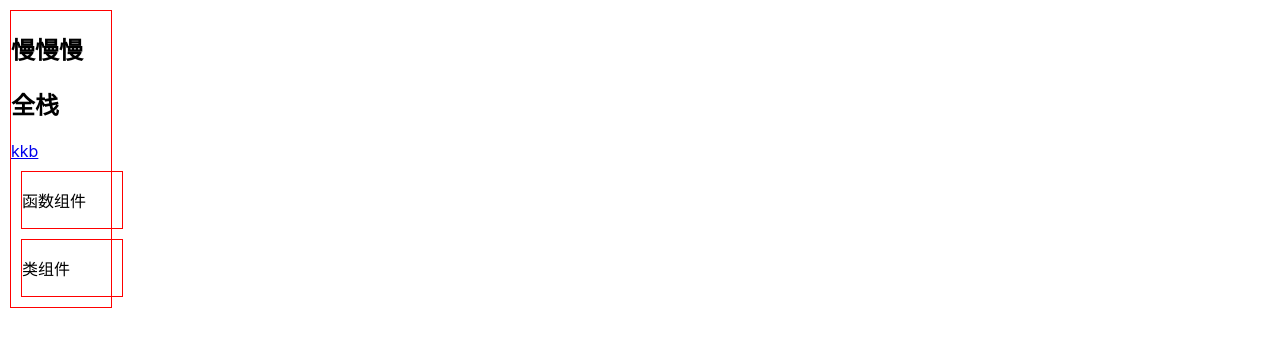
Repository: guoshukun1994/reactByHandWriting
Page: /
These files come from the project's save history. The page is drawn as it stood at one moment and after the next save; the edit follows.
The browser window is 1280 px wide. The pictures show the whole page.
The project was rebuilt for these pictures with package versions that can differ from the ones it lists, and the page was loaded fresh each time.

Above is the page before, as saved 2021-02-10 10:04:47.

### src/index.js
import ReactDOM from 'react-dom';
import React, { Component } from 'react';   // 类组件需要用到
// import ReactDOM from './kreact/react-dom';
import './index.css';

// 函数组件02
function FunctionComponent(props) {
  return (
    <div className="border">
      <p>{props.name}</p>
    </div>
  )
}

// 类组件03
class ClassComponent extends Component {
  render() {
    return (
      <div className="border">
        <p>{this.props.name}</p>
      </div>
    )
  }
}

const jsx = (
  <section className="border">
    <h1>慢慢慢</h1>
    <h1>全栈</h1>
    <a href="https://www.kaikeba.com">kkb</a>
    <FunctionComponent name="函数组件"/>
    <ClassComponent name="类组件"/>
  </section>
);

ReactDOM.render(jsx, document.getElementById("root"));

// 原生节点和文本节点01
// const jsx = (
//   <section className="border">
//     <h1>慢慢慢</h1>
//     <h1>全栈</h1>
//     <a href="https://www.kaikeba.com">kkb</a>
//   </section>
// );

// ReactDOM.render(jsx, document.getElementById("root"));


// 原生标签节点，比如div、a等
// 文本节点
// 函数组件
// 类组件
// Fragment

### src/index.css
body {
  margin: 0;
  font-family: -apple-system, BlinkMacSystemFont, 'Segoe UI', 'Roboto', 'Oxygen',
    'Ubuntu', 'Cantarell', 'Fira Sans', 'Droid Sans', 'Helvetica Neue',
    sans-serif;
  -webkit-font-smoothing: antialiased;
  -moz-osx-font-smoothing: grayscale;
}

code {
  font-family: source-code-pro, Menlo, Monaco, Consolas, 'Courier New',
    monospace;
}

.border {
  width: 100px;
  border: 1px solid red;
  margin: 10px;
}

Loaded but not shown: public/index.html (common file)

After the next save:
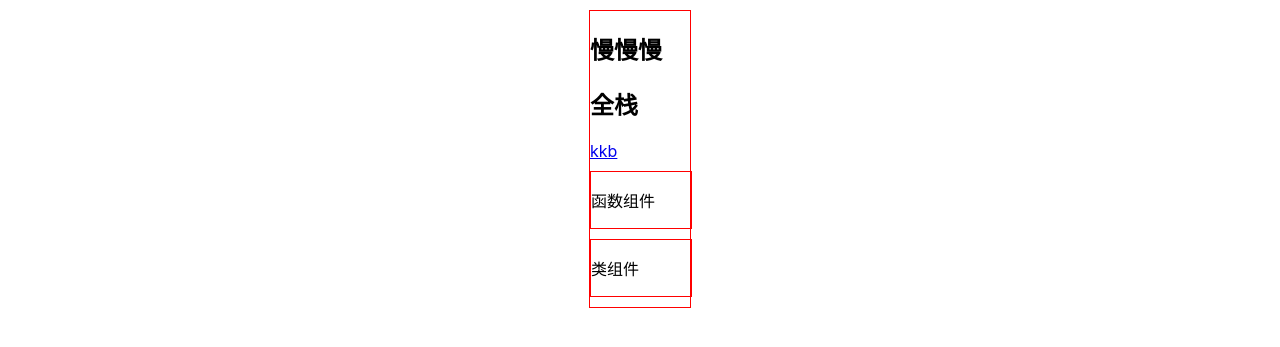
Saved 4 s later.
--- a/src/index.css
+++ b/src/index.css
@@ -15,5 +15,5 @@ code {
 .border {
   width: 100px;
   border: 1px solid red;
-  margin: 10px;
+  margin: 10px auto;
 }
